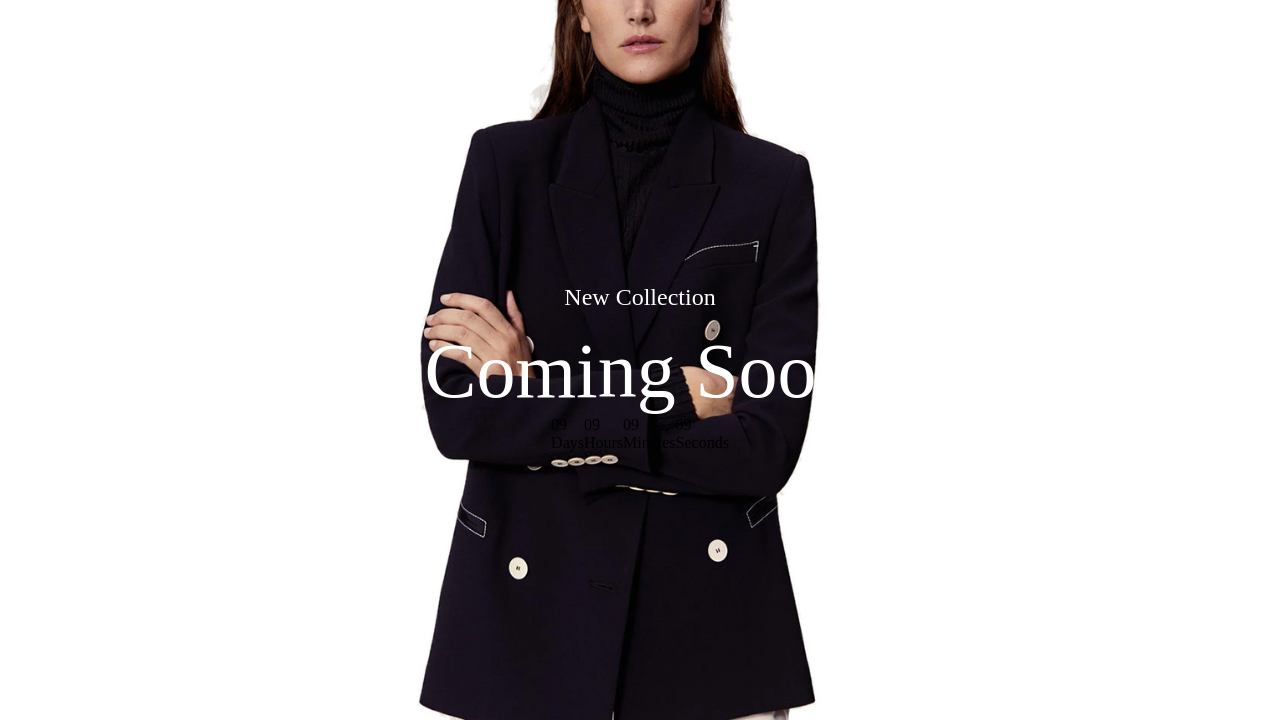
Repository: ST-United-Internship/Modaz-4life
Page: comingsoon&FAQ/coming-soon.html
An editor plug-in stored every save of this project. The page is shown before and after a run of saves, followed by the edit.
The browser window is 1280 px wide. The pictures show the whole page.

Above is the page before, as saved 2023-03-21 14:47:00.

### comingsoon&FAQ/coming-soon.html
<!DOCTYPE html>
<html lang="en">
<head>
    <meta charset="UTF-8">
    <meta http-equiv="X-UA-Compatible" content="IE=edge">
    <meta name="viewport" content="width=device-width, initial-scale=1.0">
    <link rel="stylesheet" type="text/css" href="css/layout.css">
    <title>Document</title>
</head>
<body>
    <section class="container">
        <img src="Assets/Images/bg-parallax2.jpg" alt="">
        <header>New Collection</header>
        <p>Coming Soon</p>
        <div class="time-titles">
            <div class="time days">
                <span class="number">09</span>
                <span class="days-text">Days</span>
            </div>
            <div class="time hours">
                <span class="number">09</span>
                <span class="hours-text">Hours</span>
            </div>
            <div class="time minutes">
                <span class="number">09</span>
                <span class="minutes-text">Minutes</span>
            </div>
            <div class="time seconds">
                <span class="number">09</span>
                <span class="seconds-text">Seconds</span>
            </div>
        </div>
       </section>
    </section>
</body>
</html>

### comingsoon&FAQ/css/layout.css
/* *{
    margin:0;
    padding: 0;
    font-family: 'Lucida Sans', 'Lucida Sans Regular', 'Lucida Grande', 'Lucida Sans Unicode', Geneva, Verdana, sans-serif;
    box-sizing: border-box;
}

.header{
    background: red;
}


body .container{
    width: 100vw;
    height: 100vh;
    background-image: url(../Assets/Images/bg-parallax2.jpg);
    background-position: center;
    background-color: red
} */
/*
.boxed{
    background: red;
}
.parallax2{
    background-image: url(../Assets/Images/bg-parallax2.jpg);
    height: 110vh;
    background-position: center;

}

.parallax2 .overlay{
    position: absolute;
    background-position: center;
    width: 100%;
    height: 70%;
    top: 0;
    left: 0;
    background: rgba(0,0,0,.5);
} */

*{
    margin: 0;
    padding: 0;
    box-sizing: border-box;
}
.container{
    height: 100vh;
    width: 100%;
    display: flex;
    justify-content: center;
    flex-direction: column;
    overflow: hidden;
    align-items: center;
}

.container img{
    position: absolute;
    height: 100%;
    width: 100%;
    object-fit: cover;
    z-index: -1;
}

.container header{
    line-height: 58px;
    color: #fff;
    font-size: 24px;
}

.container p{
    color: #fff;
    font-size: 78px;
    line-height: 90px;
    font-weight: 500;
}

.container .time-titles{
    display: flex;
}

.time-titles .time{
    display: flex;
    flex-direction: column;
}

After the next 2 saves:
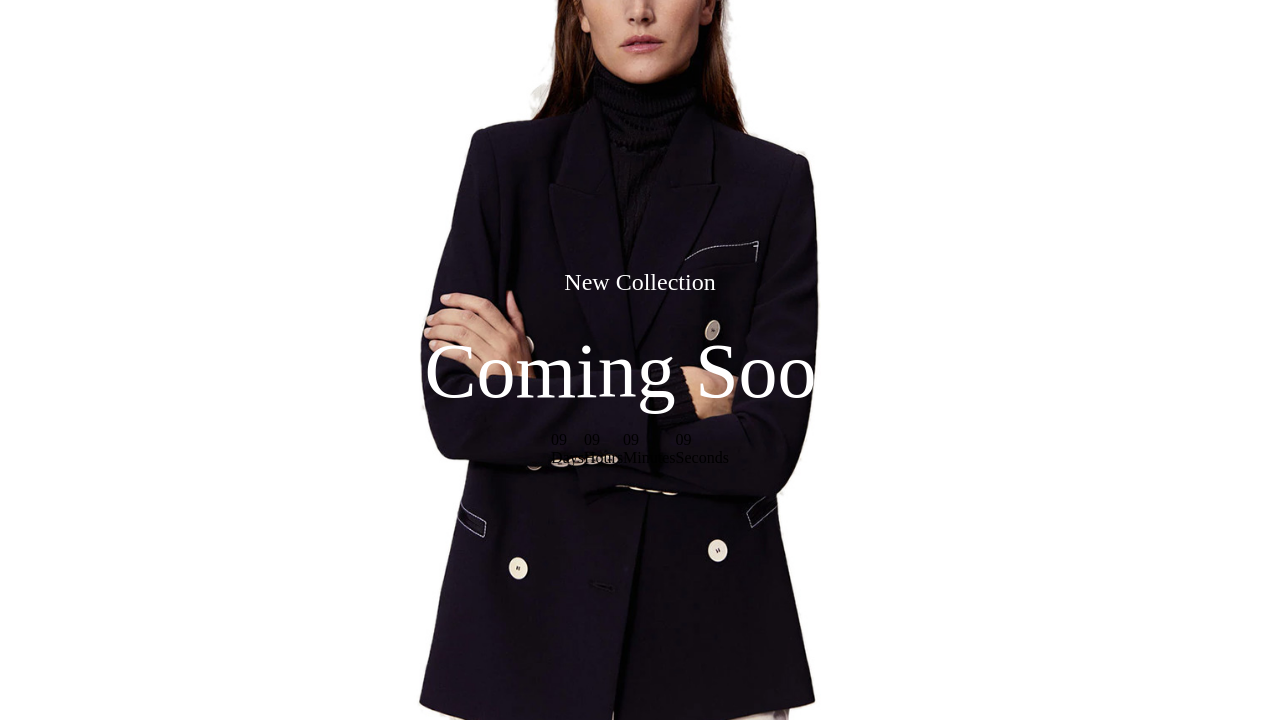
The 2 saves are shown as one change because they came seconds apart.
The last was saved 16 s later.
--- a/comingsoon&FAQ/css/layout.css
+++ b/comingsoon&FAQ/css/layout.css
@@ -45,6 +45,7 @@ body .container{
 }
 .container{
     height: 100vh;
+    row-gap: 15px;
     width: 100%;
     display: flex;
     justify-content: center;
